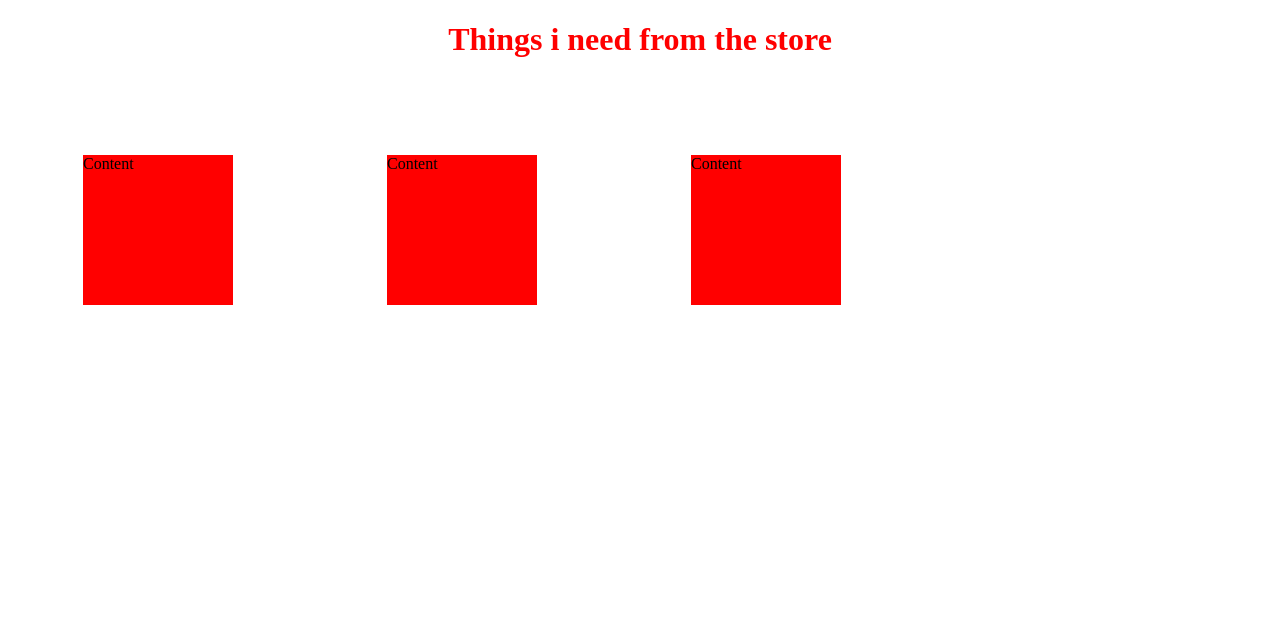
Repository: TheTroyPhillips/Block14
Page: Coursework/Block06/index.html
An editor plug-in stored every save of this project. The page is shown before and after a run of saves, followed by the edit.
The browser window is 1280 px wide. The pictures show the whole page.

Above is the page before, as saved 2023-08-29 17:19:03.

After the next 2 saves:
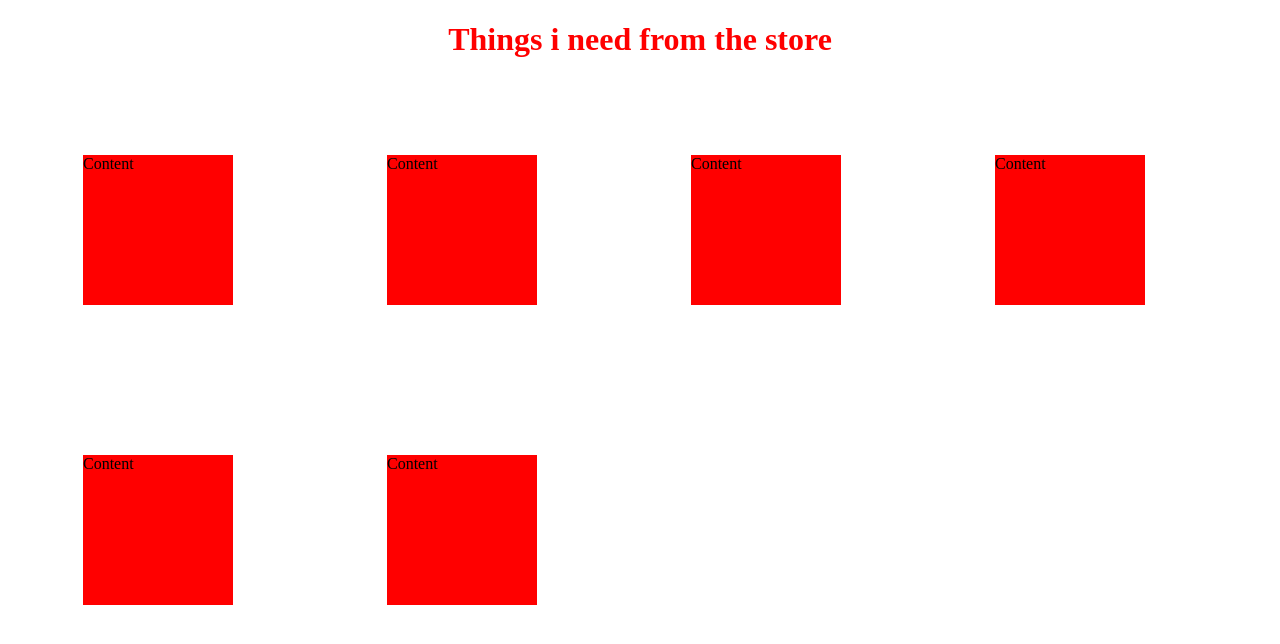
The 2 saves are shown as one change because they came seconds apart.
The last was saved 18 s later.
--- a/Coursework/Block06/index.html
+++ b/Coursework/Block06/index.html
@@ -11,6 +11,9 @@
     <div class="Box Red"> Content </div>
     <div class="Box Red"> Content </div>
     <div class="Box Red"> Content </div>
+    <div class="Box Red"> Content </div>
+    <div class="Box Red"> Content </div>
+    <div class="Box Red"> Content </div>
 
 
 </body>

After the 3 saves that followed:
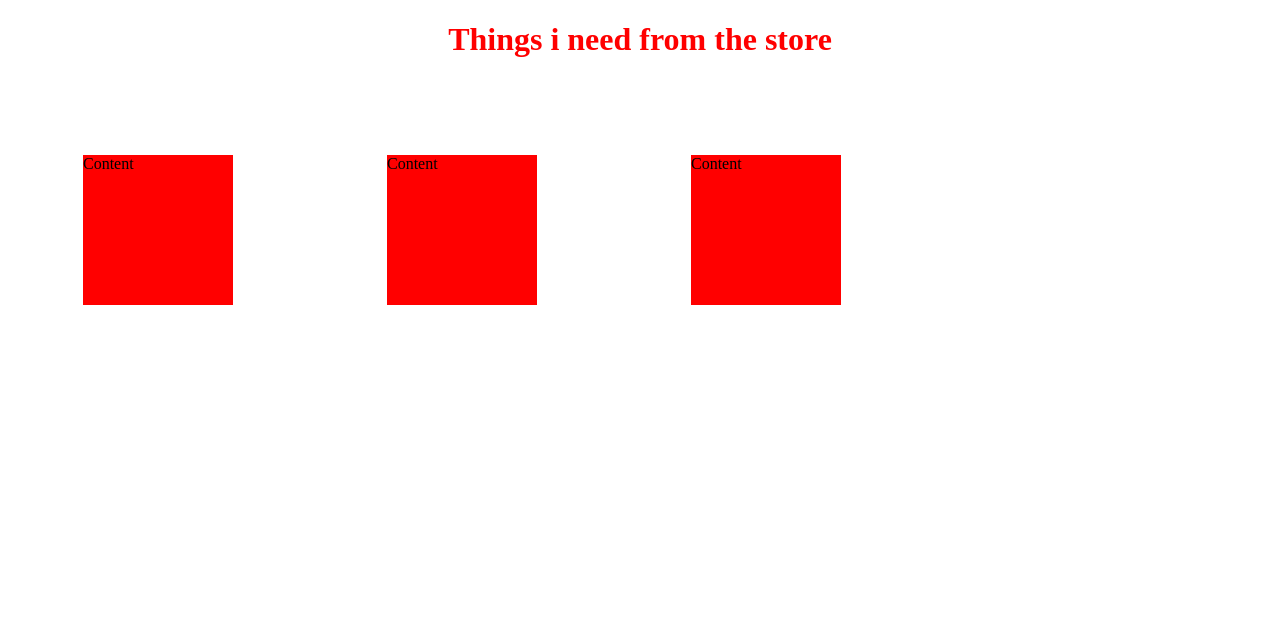
The 3 saves are shown as one change because they came seconds apart.
The last was saved 43 s later.
--- a/Coursework/Block06/index.html
+++ b/Coursework/Block06/index.html
@@ -11,9 +11,9 @@
     <div class="Box Red"> Content </div>
     <div class="Box Red"> Content </div>
     <div class="Box Red"> Content </div>
-    <div class="Box Red"> Content </div>
-    <div class="Box Red"> Content </div>
-    <div class="Box Red"> Content </div>
+
+
+
 
 
 </body>
